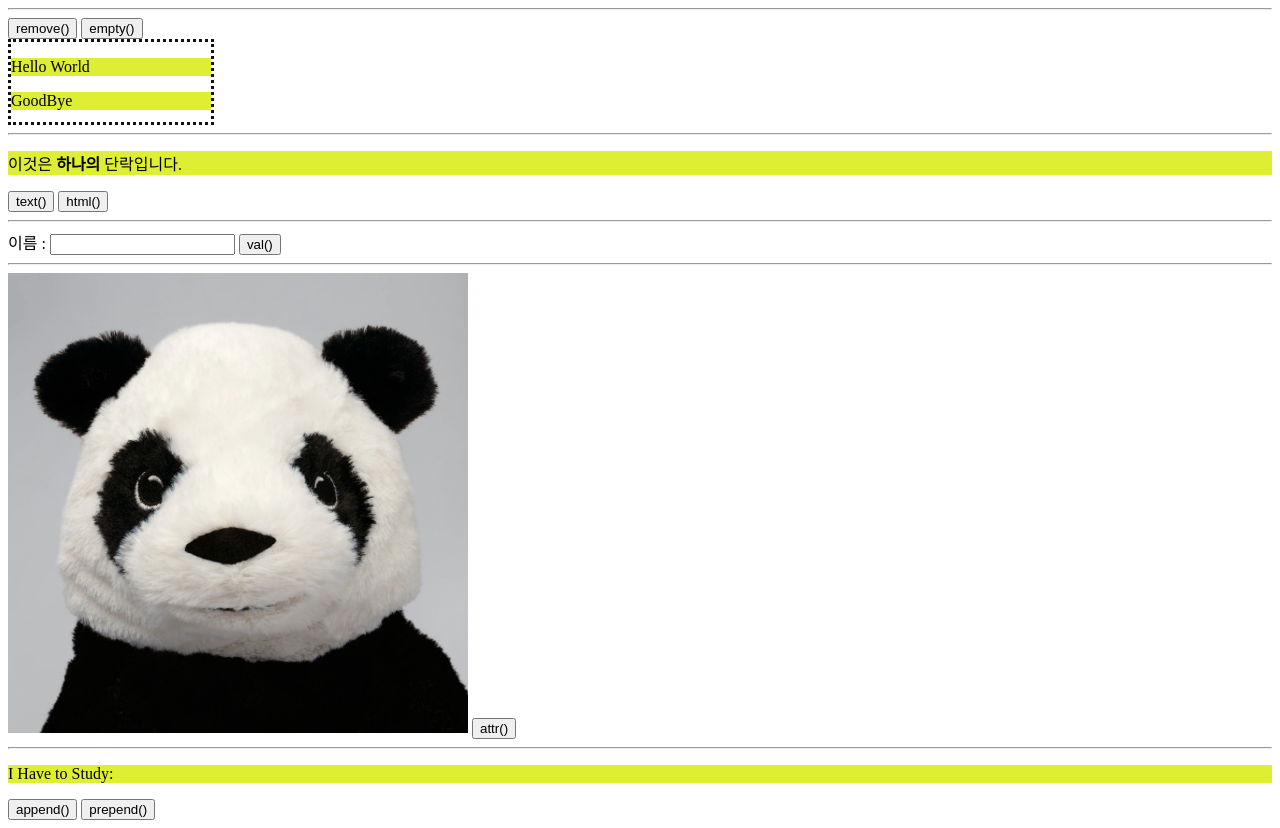
Repository: yujisu01/2021_504_java
Page: javascript_jquery/WebContent/jQuery_ex02.html
An editor plug-in stored every save of this project. The page is shown before and after the next save, followed by the edit.
The browser window is 1280 px wide. The pictures show the whole page.

Above is the page before, as saved 2021-04-15 05:33:18.

### javascript_jquery/WebContent/jQuery_ex02.html
<!DOCTYPE html>
<html>
<head>
<meta charset="UTF-8">
<title>Insert title here</title>
<style type="text/css">
	p{
		background-color: #ddee33;
	}
	.container{
		height: 80px;
		width: 200px;
		border:3px dotted #111111;
	}
</style>
<script type="text/javascript" src="js/jQuery3.x/jquery-3.6.0.js"></script>
<script type="text/javascript">
	$().ready(function(){
		$("#text").click(function() {
			alert($("target").text());
		});
		$("#html").click(function() {
			alert($("target").html());
		});
		$("#val").click(function() {
			alert($("#irum").val());
			// 입력된값 가져옴
			console.log($("#irum").val());
		});
		$("#attr").click(function() {
			alert($("#chain_dog").attr("src"));
		});
		$("#button1").click(function() {
			// 태그처럼 인식을 할수있다.
			$("#append").append("<b style='color:#fdd063'>Yes sir zz</b>");
		});
		$("#button2").click(function() {
			$("#append").prepend("<b style='color:#ddd333'>Yes sir zz</b>");
		});
		$("#remove").click(function() {
			$(".container").remove();
		});
		$("#empty").click(function() {
			$(".container").empty();
		});

	});
</script>
</head>
<body>
	<hr>
	<button id="remove">remove()</button>
	<button id="empty">empty()</button>
	<br>
	<div class="container">
		<p class="hello">Hello World</p>
		<p class="goodbye">GoodBye</p>
	</div>
	<hr>
	<p id="target">이것은 <strong>하나의</strong> 단락입니다.</p>
	<button id="text">text()</button>
	<button id="html">html()</button>
	<hr>
	이름 : <input type="text" id="irum" >
	<button id="val">val()</button>
	<hr>
	<img id="chain_dog" alt="공부하는 강아지" src="images/image35.png"
	width="460px;" height="460px;">
	<button id="attr">attr()</button>
	<hr>
	<p id="append">I Have to Study:</p>
	<button id="button1">append()</button>
	<button id="button2">prepend()</button>
</body>
</html>

Loaded but not shown: javascript_jquery/WebContent/js/jQuery3.x/jquery-3.6.0.js (library)

After the next save:
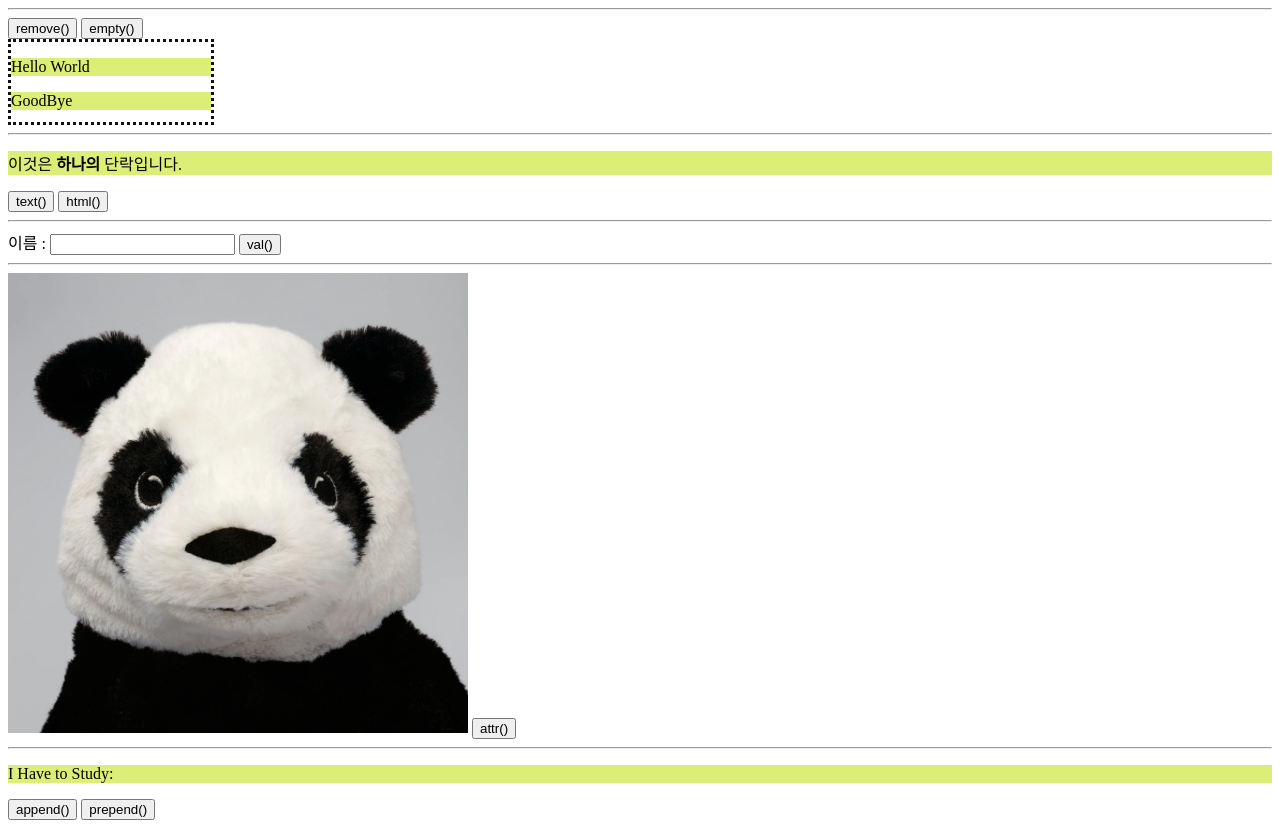
Saved 16 s later.
--- a/javascript_jquery/WebContent/jQuery_ex02.html
+++ b/javascript_jquery/WebContent/jQuery_ex02.html
@@ -5,7 +5,7 @@
 <title>Insert title here</title>
 <style type="text/css">
 	p{
-		background-color: #ddee33;
+		background-color: #ddee77;
 	}
 	.container{
 		height: 80px;
